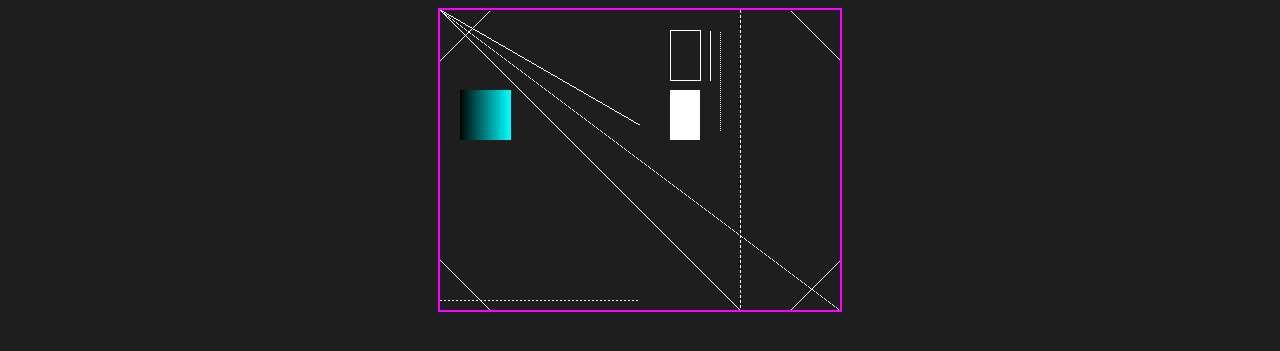
Repository: StarLightGX/miao
Page: paint.html
An editor plug-in stored every save of this project. The page is shown before and after the next save, followed by the edit.
The browser window is 1280 px wide. The pictures show the whole page.

Above is the page before, as saved 2020-11-13 16:14:06.
Console error: ReferenceError: sqrt is not defined

After the next save:
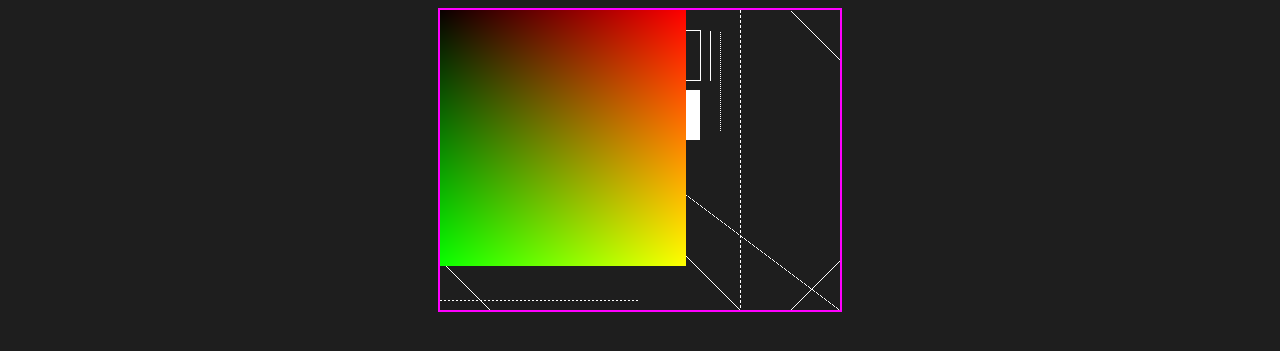
Saved 2 min 42 s later.
--- a/paint.html
+++ b/paint.html
@@ -200,12 +200,9 @@
     var c3 = 0;
     y = 80;
     x = 30;
-    for (x = 30; x < 81; x++) {
-      var c1 = c1;
-      var c2 = c2 + 5;
-      var c3 = c3 + 5;
-      for (y = 80; y < 130; y++) {
-        dot(x - 10, y, "rgb" + "(" + c1 + "," + c2 + "," + c3 + ")");
+    for (x = 0; x < 256; x++) {
+      for (y = 0; y < 256; y++) {
+        dot(x - 10, y, "rgb" + "(" + x + "," + y + "," + 0 + ")");
       }
     }
     // 画一个空心的圆
